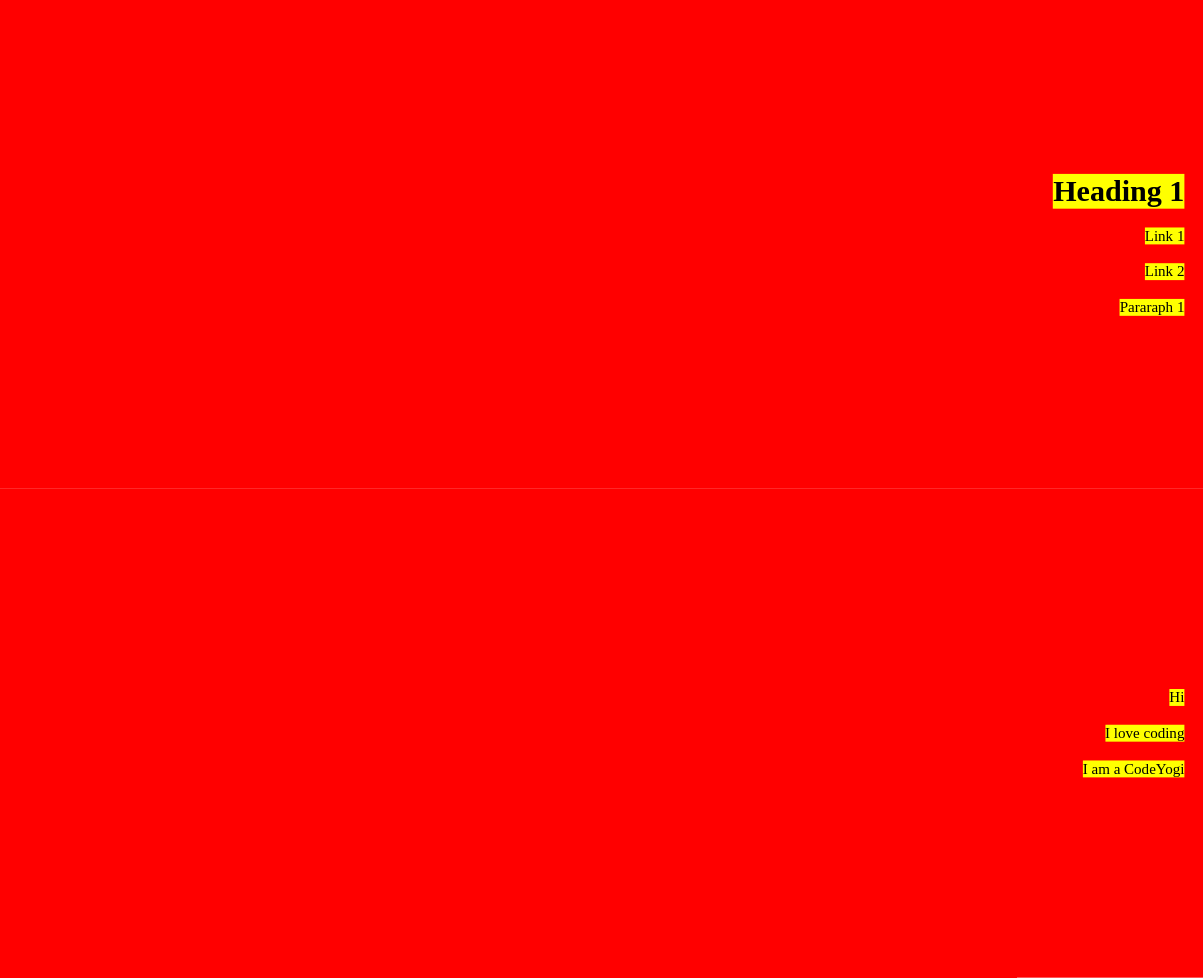
Repository: itz-mohanmadhav-18/Full-stack
Page: Html+css/day-3/flexbox.html
An editor plug-in stored every save of this project. The page is shown before and after the next save, followed by the edit.
The browser window is 1280 px wide. The pictures show the whole page, at 94% of full size.

Above is the page before, as saved 2024-06-14 12:52:00.

### Html+css/day-3/flexbox.html
<!DOCTYPE html>
<html lang="en">
  <head>
    <meta charset="UTF-8" />
    <meta name="viewport" content="width=device-width, initial-scale=1.0" />
    <link rel="stylesheet" href="./flexbox.css" />
    <title>Document</title>
  </head>
  <body>
    <div>
      <h1>Heading 1</h1>
      <a>Link 1</a>
      <a>Link 2</a>
      <p>Pararaph 1</p>
    </div>
    <div>
        <p>Hi</p>
        <p>I love coding</p>
        <p>I am a CodeYogi</p>
    </div>
  </body>
</html>

### Html+css/day-3/flexbox.css
*{
    padding: 0;
    margin: 0;
    background: white;
}
div{
    background: red;
    padding: 10px;
    height: 500px;
    display: flex;
    flex-direction: column;
    align-items: flex-end;
    justify-content: center;
}

div > * {
    background: yellow;
    margin: 10px;
}

After the next save:
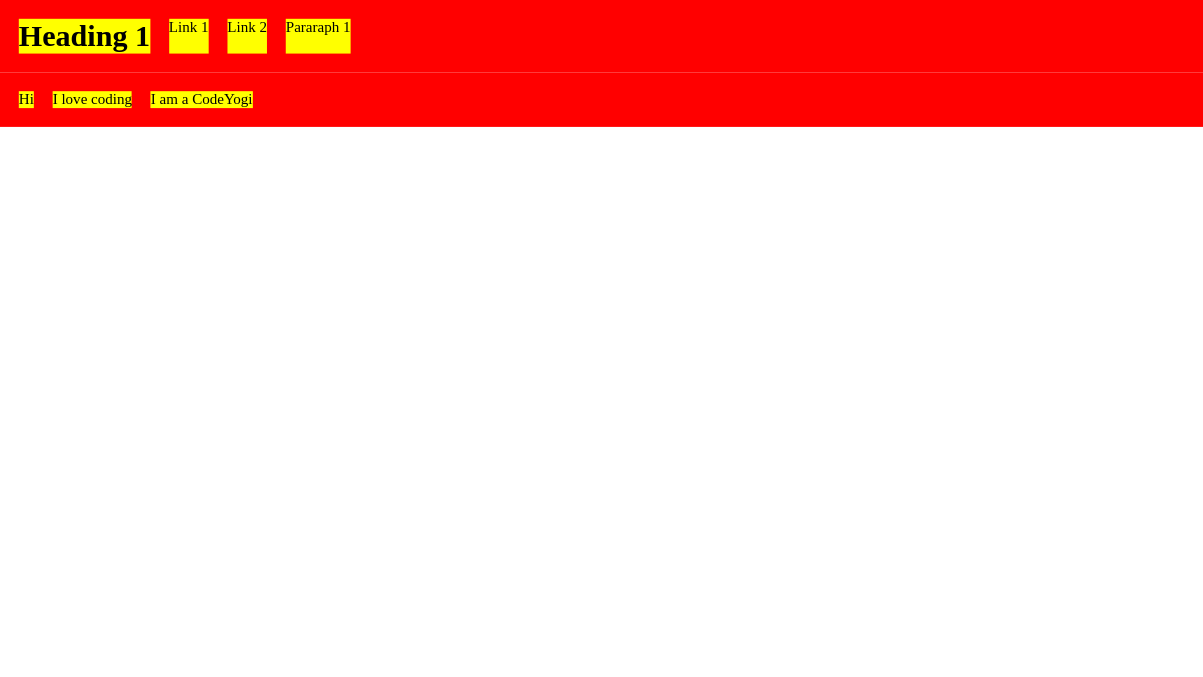
Saved 17 s later.
--- a/Html+css/day-3/flexbox.css
+++ b/Html+css/day-3/flexbox.css
@@ -6,11 +6,9 @@
 div{
     background: red;
     padding: 10px;
-    height: 500px;
     display: flex;
-    flex-direction: column;
-    align-items: flex-end;
-    justify-content: center;
+    flex-direction: row;
+
 }
 
 div > * {
